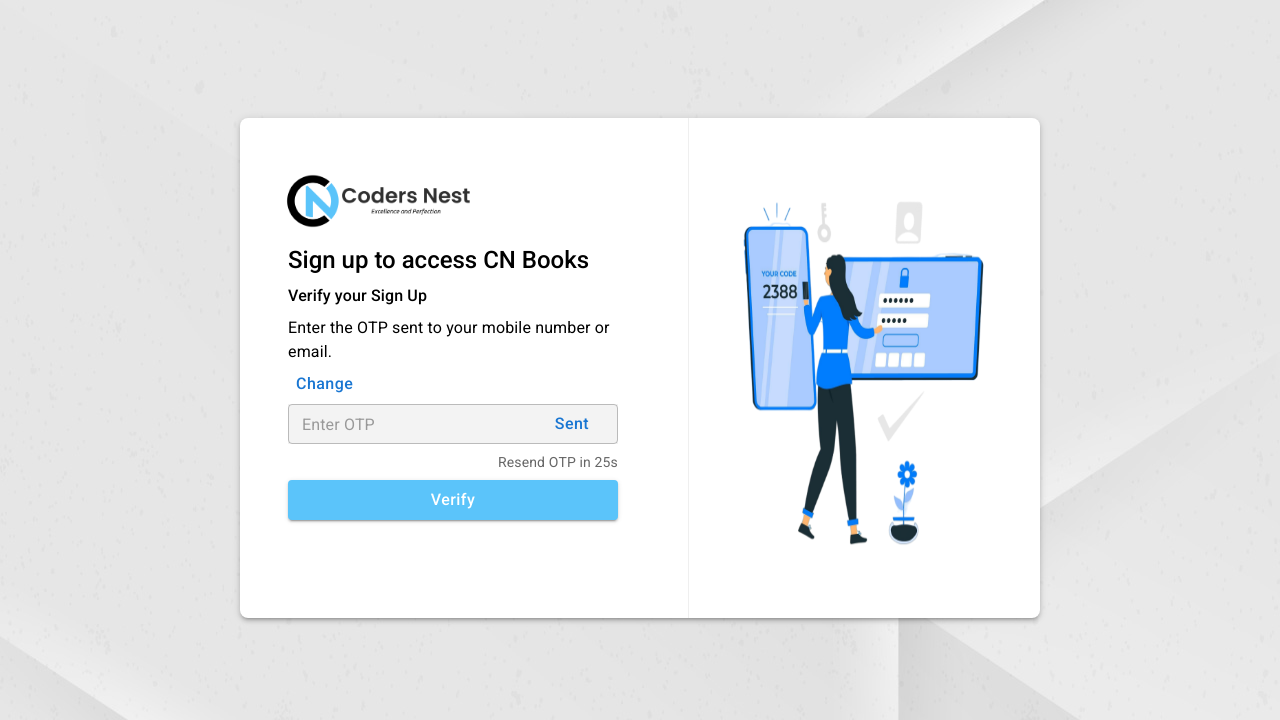
Repository: wajahadalishaik04/CN_Books
Page: /verifyscreen
The author's editor kept a copy of each file at every save. The page is drawn from the files as they stood at one save, then again after the next save.
The browser window is 1280 px wide. The pictures show the whole page.
The project was rebuilt for these pictures with package versions that can differ from the ones it lists, and the page was loaded fresh each time. Also part of the build but not shown: vite.config.js, src/pages/LoginScreen.jsx, src/pages/Signin.jsx, src/pages/OtpScreen.jsx, src/pages/SignUp.jsx, src/components/Header.jsx, src/components/SideBar.jsx, src/components/Content.jsx and 7 more.

Above is the page before, as saved 2024-09-30 18:18:10.

### index.html
<!DOCTYPE html>
<html lang="en">
  <head>
    <meta charset="UTF-8" />
    <link rel="preconnect" href="https://fonts.googleapis.com" />
    <link rel="preconnect" href="https://fonts.gstatic.com" crossorigin />
    <link
      rel="stylesheet"
      href="https://fonts.googleapis.com/css2?family=Roboto:wght@300;400;500;700&display=swap"
    />

    <meta name="viewport" content="width=device-width, initial-scale=1.0" />
    <title>CN_BOOKS</title>
  </head>
  <body>

    <div id="root"></div>
    <script type="module" src="/src/main.jsx"></script>
  </body>
</html>

### src/main.jsx
import { createRoot } from 'react-dom/client'
import App from './App.jsx'
import { Provider } from 'react-redux'
import store from './store/store.js'
import './styles/index.css'
createRoot(document.getElementById('root')).render(
 <Provider store={store}>
   <App />
 </Provider>
)

### src/App.jsx
import React from "react";
import LoginScreen from "./pages/LoginScreen";
import { BrowserRouter, Routes, Route, Navigate } from "react-router-dom";
import Signin from "./pages/Signin";
import { useSelector } from "react-redux";
import OtpScreen from "./pages/OtpScreen";
import SignUp from "./pages/SignUp";
import VerifyScreen from "./pages/VerifyScreen";
import DashboardScreen from "./pages/DashboardScreen";
import SideBar from "./components/SideBar";
import Header from "./components/Header";
import Customer from "./pages/Customer";
import WrapComponent from "./pages/WrapComponent";
import Category from "./pages/Category";
import NewCustomer from "./pages/customerscreens/NewCustomer";

const App = () => {
  const { user } = useSelector((e) => e.userReducer);
  return (
    <>
      <BrowserRouter>
        <Routes>
          <Route element={<WrapComponent />}>
            <Route path="/dashboardscreen" element={<DashboardScreen />} />
            <Route path="/customer" element={<Customer />} />
            <Route path="/category" element={<Category />} />
            <Route path="/newcustomer" element={<NewCustomer />} />

          </Route>
          <Route
            path="/"
            element={<Navigate to={user ? "/signin" : "/LoginScreen"} />}
          />
          <Route
            path="/signin"
            element={user ? <Navigate to={"/dashboardscreen"} /> : <Signin />}
          />
          <Route path="/loginscreen" element={<LoginScreen />} />
          <Route path="/otpscreen" element={<OtpScreen />} />
          <Route path="/signup" element={<SignUp />} />
          <Route path="/verifyscreen" element={<VerifyScreen />} />
        </Routes>
      </BrowserRouter>
    </>
  );
};

export default App;

### src/store/store.js
import { configureStore } from "@reduxjs/toolkit";
import { userReducer } from "./reducer";

const store = configureStore({
    reducer:{userReducer}
})
export default store;

### src/styles/index.css
*
{
    margin: 0;
    padding: 0;
    border: none;

}
.img
{
    background-color: red;
    background-clip: content-box;
    -webkit-background-clip: content-box;
    visibility: hidden;
}

### src/pages/VerifyScreen.jsx
import React, { useState, useEffect } from "react";
import {
  Box,
  Button,
  TextField,
  Typography,
  Snackbar,
  Alert,
  styled,
  InputAdornment,
} from "@mui/material";
import { images } from "../utils/ImgUtils";
import { useNavigate, useLocation } from "react-router-dom";

const VerifyScreen = () => {
  const [isResendDisabled, setIsResendDisabled] = useState(false); // To disable and hide the Resend button
  const [timer, setTimer] = useState(0); // Timer state
  const [otp, setOtp] = useState(""); // State for storing the OTP input
  const [generatedOtp, setGeneratedOtp] = useState(""); // State for storing the generated OTP
  const [snackbarOpen, setSnackbarOpen] = useState(false); // State for Snackbar visibility
  const [snackbarMessage, setSnackbarMessage] = useState(""); // State for Snackbar message
  const [snackbarSeverity, setSnackbarSeverity] = useState("success"); // State for Snackbar severity ('success' or 'error')

  const StyledButton = styled(Button)({
    fontSize: "1rem",
    textTransform: "none",
  });

  const navigate = useNavigate();
  const location = useLocation();
  const { emailMobile } = location.state || {};

  // Automatically generate OTP on component mount
  useEffect(() => {
    handleResendOTP();
  }, []);

  // Handle the OTP resend and start the countdown
  const handleResendOTP = () => {
    setIsResendDisabled(true); // Hide the Resend button
    setTimer(30); // Start countdown from 30 seconds
    const randomOTP = Math.floor(100000 + Math.random() * 900000); // Generate a 6-digit random OTP
    setGeneratedOtp(randomOTP); // Save the generated OTP
    setSnackbarMessage(`Your OTP is: ${randomOTP}`);
    setSnackbarSeverity("info");
    setSnackbarOpen(true); // Show the OTP alert as a Snackbar
  };

  // Effect to handle the countdown
  useEffect(() => {
    let interval;
    if (timer > 0) {
      interval = setInterval(() => {
        setTimer((prev) => prev - 1);
      }, 1000);
    } else if (timer === 0 && isResendDisabled) {
      setIsResendDisabled(false); // Show the Resend button again after the timer finishes
    }
    return () => clearInterval(interval); // Cleanup interval on unmount
  }, [timer, isResendDisabled]);

  // Handle OTP form submission
  const handleSubmit = () => {
    if (!otp) {
      setSnackbarMessage("Please enter the OTP.");
      setSnackbarSeverity("error");
      setSnackbarOpen(true);
      return; // Prevent submission if OTP is not entered
    }

    if (otp === generatedOtp.toString()) {
      setSnackbarMessage("Sign up successfully completed!");
      setSnackbarSeverity("success");
      setSnackbarOpen(true);
      setTimeout(() => {
        navigate("/signin"); // Navigate to the sign-in page after successful signup
      }, 2000); // Delay navigation to let the Snackbar show the message
    } else {
      setSnackbarMessage("Invalid OTP. Please try again.");
      setSnackbarSeverity("error");
      setSnackbarOpen(true);
    }
  };

  // Close Snackbar handler
  const handleCloseSnackbar = (event, reason) => {
    if (reason === "clickaway") {
      return;
    }
    setSnackbarOpen(false);
  };

  return (
    <Box
      display="flex"
      justifyContent="center"
      alignItems="center"
      width="100%"
      height="100vh"
      sx={{
        backgroundImage: "url(/images/BackgroundImg.jpeg)",
      }}
    >
      <Box
        display="flex"
        bgcolor="#fff"
        boxShadow={3}
        marginTop={2}
        borderRadius="8px"
        overflow="hidden"
        width="800px"
        height="500px"
      >
        <Box flex={1} p={6} mt={1}>
          <Box flex={1} width={"330px"}>
            <Box
              display="flex"
              component={"form"}
              justifyContent="space-between"
              alignItems="center"
              sx={{ position: "relative", right: "7px" }}
            >
              <img
                src={images.codersnestLogo}
                alt="Logo"
                style={{ width: 200 }}
              />
            </Box>
            <Typography variant="h5" fontWeight={500} mt={2} mb={1}>
              Sign up to access CN Books
            </Typography>
            <Typography varient="body2" mb={1} fontWeight={450}>
              Verify your Sign Up
            </Typography>
            <Typography>
              Enter the OTP sent to your mobile number or email.
            </Typography>
            <Box sx={{ display: "flex", alignItems: "center" }}>
              <Typography variant="span">{emailMobile}</Typography>
              <StyledButton onClick={() => navigate("/signup")} variant="text">
                Change
              </StyledButton>
            </Box>

            <TextField
              size="small"
              type="text"
              value={otp}
              onChange={(e) => setOtp(e.target.value)} // Update OTP state as the user types
              placeholder="Enter OTP"
              InputProps={{
                endAdornment: (
                  <InputAdornment position="end">
                    <StyledButton onClick={() => resendOtp()} variant="text">Sent</StyledButton>
                  </InputAdornment>)
              }}
              sx={{
                width: "100%",
                fontWeight: "500",
                backgroundColor: "#F3F3F3",
                "&:hover": {
                  backgroundColor: "#FFF",
                },
                "& .MuiOutlinedInput-root": {
                  "&.Mui-focused": {
                    backgroundColor: "#EBF9FF",
                    borderColor: "#5BC4FA",
                  },
                },
              }}
            />

            <Box sx={{ display: "flex", justifyContent: "flex-end", mt: 1 }}>
              {isResendDisabled ? (
                <Typography variant="body2" color="textSecondary">
                  Resend OTP in {timer}s
                </Typography>
              ) : (
                <StyledButton onClick={handleResendOTP} variant="text">
                  Resend OTP
                </StyledButton>
              )}
            </Box>

            <StyledButton
              onClick={handleSubmit}
              variant="contained"
              fullWidth
              sx={{ backgroundColor: "#5BC4FA", mt: 1 }}
            >
              Verify
            </StyledButton>
          </Box>
        </Box>
        <Box sx={{ borderRight: "1.5px solid #EFEFEF" }}></Box>

        <Box
          flex={1}
          display="flex"
          justifyContent="center"
          alignItems="center"
          sx={{ display: { xs: "none", sm: "flex" } }}
        >
          <img
            src={images.otpImg}
            alt="Illustration"
            width="98%"
            height="95%"
            objectFit="cover"
          />
        </Box>
      </Box>

      {/* Snackbar for success and error messages */}
      <Snackbar
        open={snackbarOpen}
        autoHideDuration={3000}
        anchorOrigin={{ vertical: "top", horizontal: "center" }}

        onClose={handleCloseSnackbar}
      >
        <Alert
          onClose={handleCloseSnackbar}
          severity={snackbarSeverity}
          sx={{ width: "100%" }}
        >
          {snackbarMessage}
        </Alert>
      </Snackbar>
    </Box>
  );
};

export default VerifyScreen;

### src/store/reducer.js
import { createReducer } from "@reduxjs/toolkit";

export const userReducer = createReducer({user:null},(builder)=>
{
    builder.addCase("loginUser",(state,action)=>
    {
        state.user = action.payload
    })
})

### src/utils/ImgUtils.js
export const images ={
    backgroundImg:"./images/BackgroundImg.jpeg",
    codersnest:"./images/codersnest.png",
    codersnestLogo:"./images/codersnest1.png",
    loginImg:"./images/login_illustration.png",
    otpImg:"./images/otpImg.png",
    signupImg:"./images/signup.png",
    googleicon:"./images/google-color-icon.png",
    facebookicon:"./images/facebook-round-color-icon.png",
    linkedinicon:"./images/linkedin-app-icon.png",
    xicon:"./images/x-social-media-round-icon.png",
    officemanImg:"./images/officeman.png",
    appleicon:"./images/apple.png",
    windowsicon:"./images/windows.png",
    Arrowdownicon:"./images/Arrowdown.png",
    Customericon:"./images/Customer.png",
    Addressicon:"./images/Address.png",
    Passwordicon:"./images/Password.png",
    Accounticon:"./images/Account.png",
    Logouticon:"./images/Logout.png",
    dashboardwhiteicon:"./images/DashboardWhiteIcon.png",
    dashboardicon:"./images/DashboardIcon.png",
    groupcustomericon:"./images/GroupCustomerIcon.png",
    groupcustomerwhiteicon:"./images/GroupCustomerWhiteIcon.png",
    categoryicon:"./images/categoryicon.png",
    categorywhiteicon:"./images/CategoryWhiteIcon.png",
    editicon:"./images/EditIcon.png",
    binicon:"./images/EditIcon.png",
    editicon:"./images/BinIcon.png",
    hiddenicon:"./images/HiddenIcon.png",
    verticaldoticon:"./images/VerticalDots.png",
    dollararrowicon:"./images/dollarArrow.png",
    doticon:"./images/dotIcon.png"
}

After the next save:
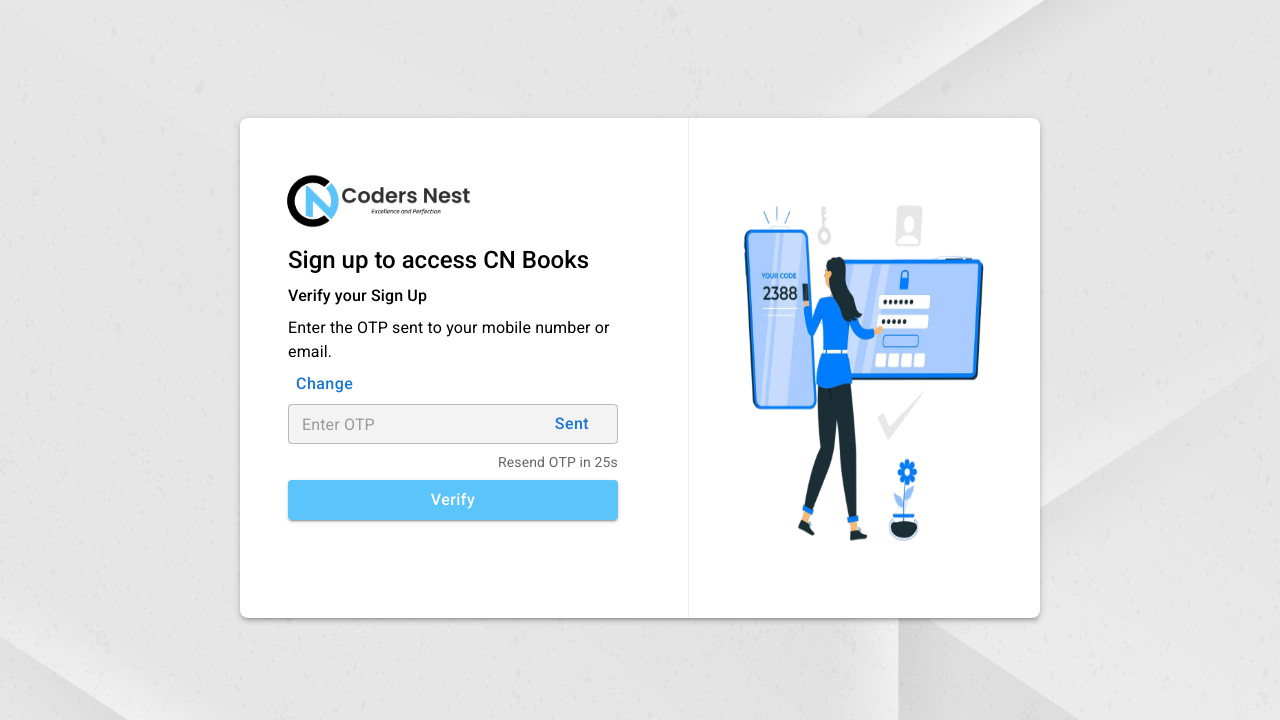
Saved 31 s later.
--- a/src/pages/VerifyScreen.jsx
+++ b/src/pages/VerifyScreen.jsx
@@ -205,7 +205,7 @@
             src={images.otpImg}
             alt="Illustration"
             width="98%"
-            height="95%"
+            height="93%"
             objectFit="cover"
           />
         </Box>
